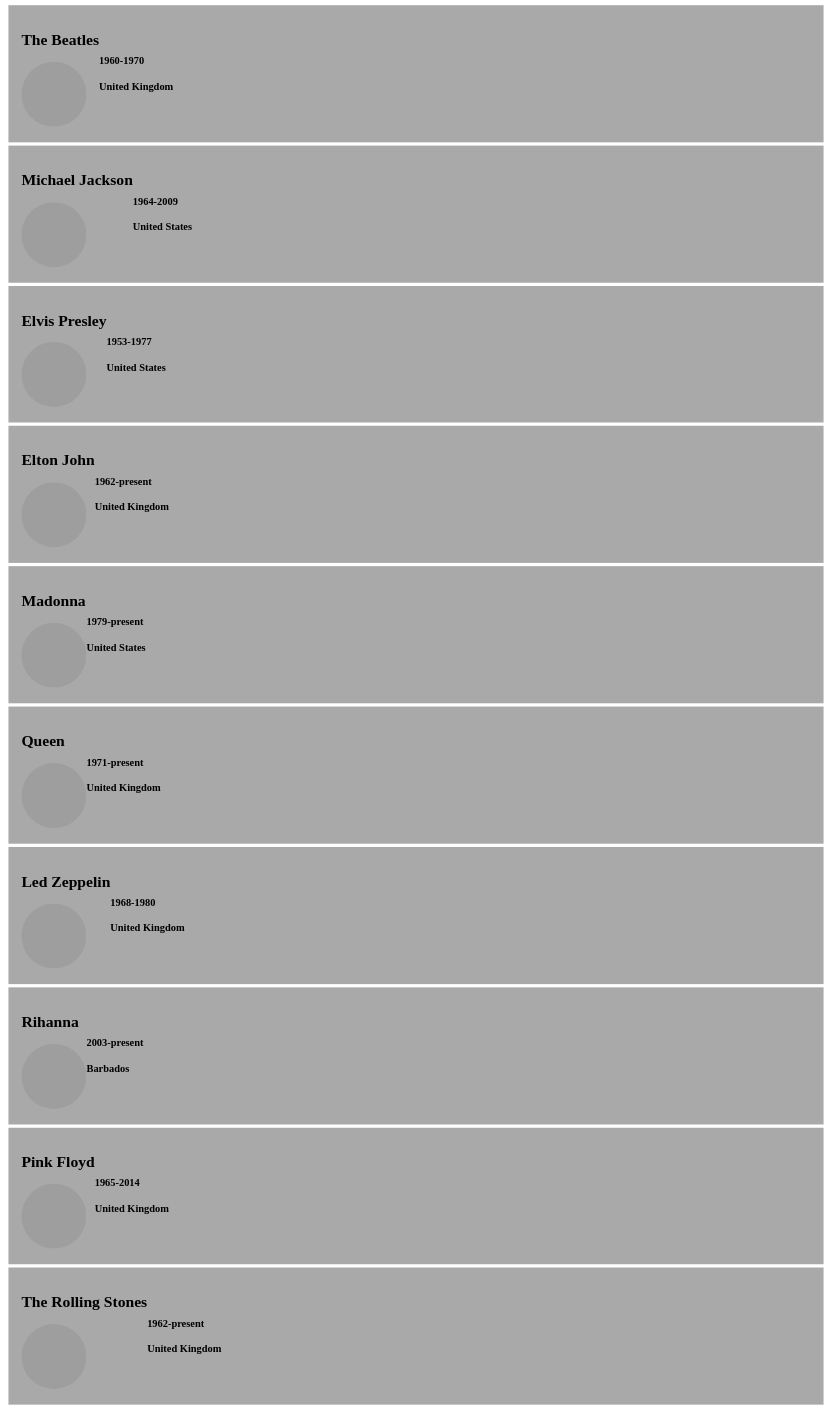
Repository: MelissaJacobi/Frontend-lab-2
Page: /
The author's editor kept a copy of each file at every save. The page is drawn from the files as they stood at one save, then again after the next save.
The browser window is 1280 px wide. The pictures show the whole page, at 65% of full size.
Pictures or frames that could not be fetched are drawn as grey boxes. The project was rebuilt for these pictures with package versions that can differ from the ones it lists, and the page was loaded fresh each time. Also part of the build but not shown: vite.config.js.

Above is the page before, as saved 2024-09-19 13:57:47.

After the next save:
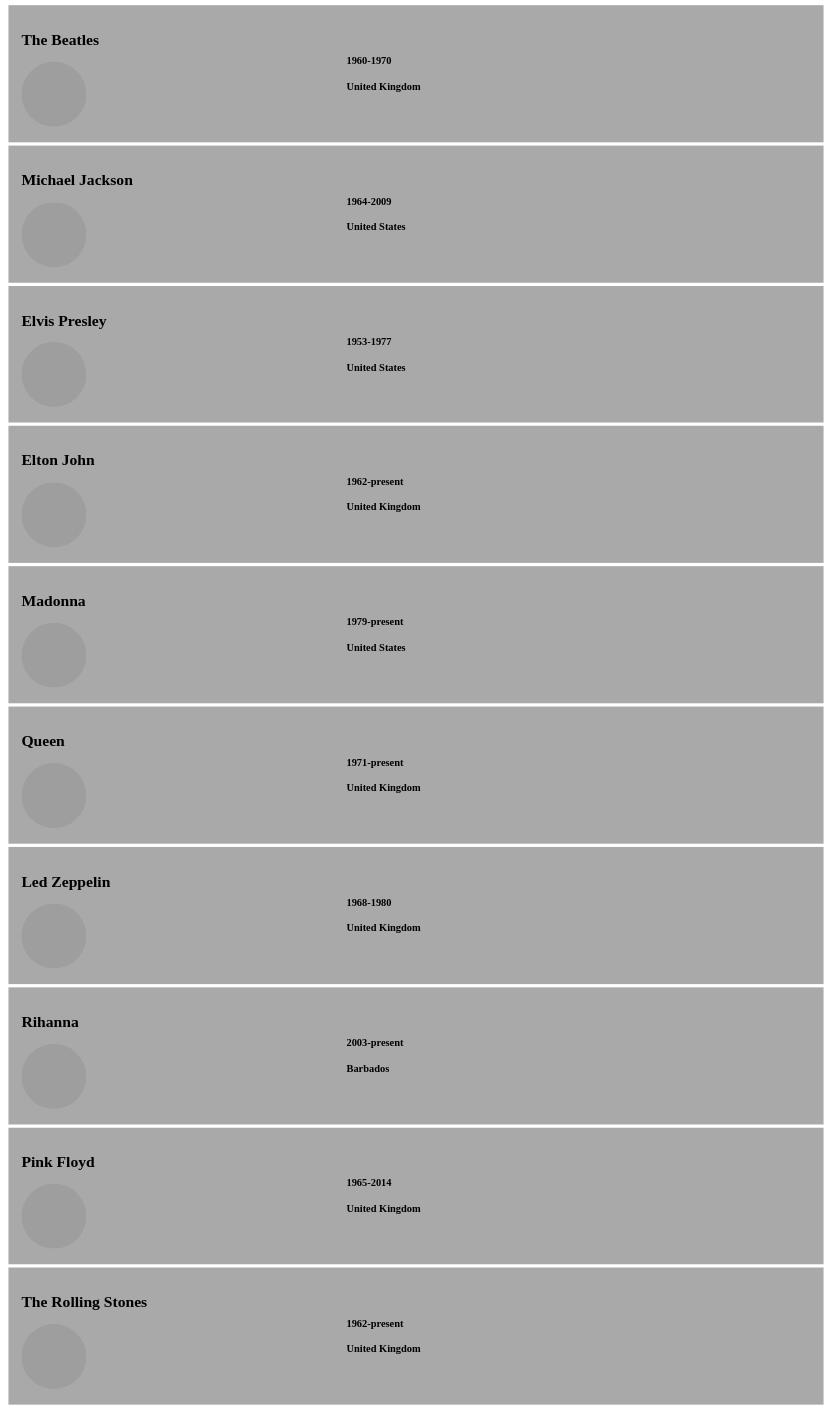
Saved 44 s later.
--- a/src/index.css
+++ b/src/index.css
@@ -16,3 +16,7 @@
     display: flex;
     align-items: center;
 }
+
+.artist_li div {
+    width: 500px;
+}
